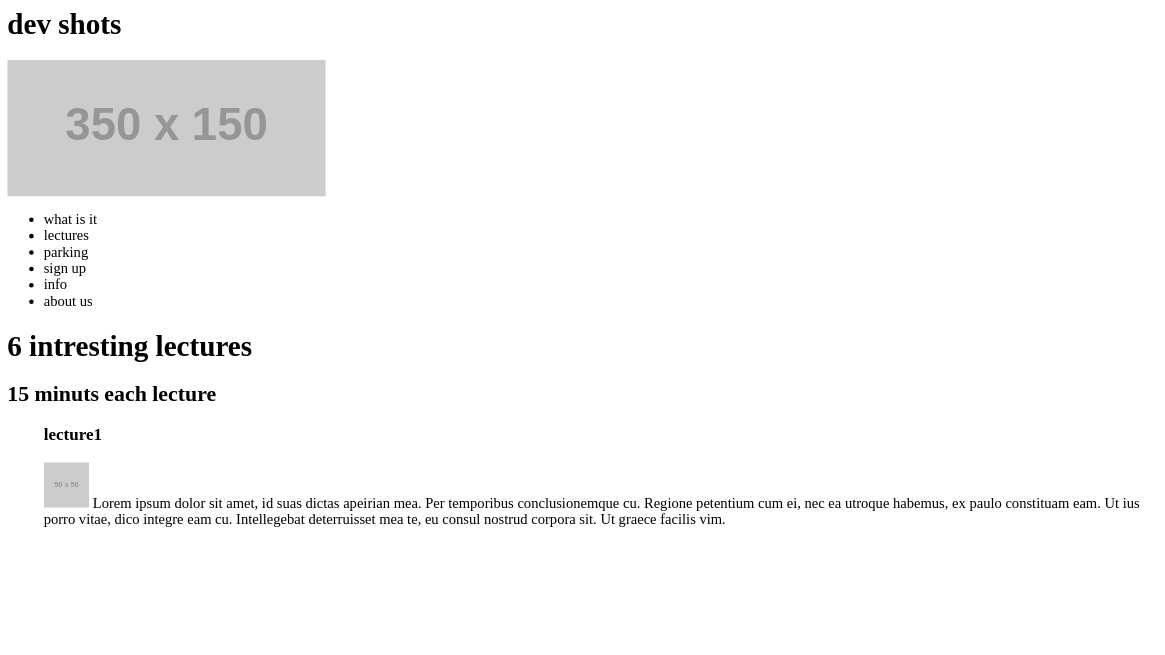
Repository: innaplx/exercises-devshots-html4-part1
Page: index.html
The author's editor kept a copy of each file at every save. The page is drawn from the files as they stood at one save, then again after the next save.
The browser window is 1280 px wide. The pictures show the whole page, at 91% of full size.

Above is the page before, as saved 2018-08-17 19:53:30.

After the next save:
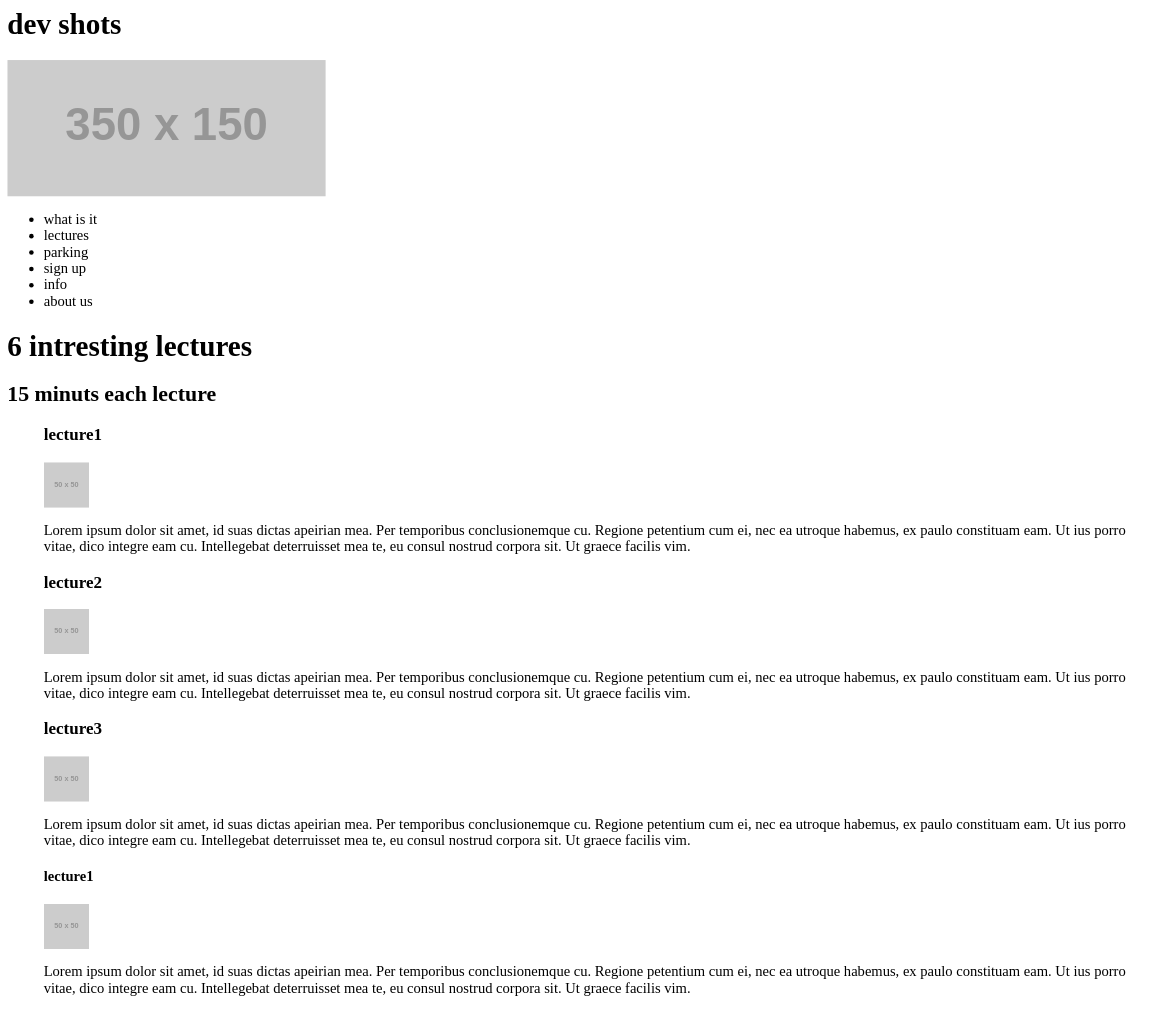
Saved 3 min 3 s later.
--- a/index.html
+++ b/index.html
@@ -23,9 +23,24 @@
                 <il>
                 <h3>lecture1</h2>
                 <a href="https://placeholder.com"><img src="https://via.placeholder.com/50x50"></a>
-                <text>Lorem ipsum dolor sit amet, id suas dictas apeirian mea. Per temporibus conclusionemque cu. Regione petentium cum ei, nec ea utroque habemus, ex paulo constituam eam. Ut ius porro vitae, dico integre eam cu. Intellegebat deterruisset mea te, eu consul nostrud corpora sit. Ut graece facilis vim.</text>
-              </il>
+                <p>Lorem ipsum dolor sit amet, id suas dictas apeirian mea. Per temporibus conclusionemque cu. Regione petentium cum ei, nec ea utroque habemus, ex paulo constituam eam. Ut ius porro vitae, dico integre eam cu. Intellegebat deterruisset mea te, eu consul nostrud corpora sit. Ut graece facilis vim.</p>
+                </il>
 
+                <il>
+                        <h3>lecture2</h2>
+                        <a href="https://placeholder.com"><img src="https://via.placeholder.com/50x50"></a>
+                        <p>Lorem ipsum dolor sit amet, id suas dictas apeirian mea. Per temporibus conclusionemque cu. Regione petentium cum ei, nec ea utroque habemus, ex paulo constituam eam. Ut ius porro vitae, dico integre eam cu. Intellegebat deterruisset mea te, eu consul nostrud corpora sit. Ut graece facilis vim.</p>
+                        </il>
+                        <il>
+                                <h3>lecture3</h2>
+                                <a href="https://placeholder.com"><img src="https://via.placeholder.com/50x50"></a>
+                                <p>Lorem ipsum dolor sit amet, id suas dictas apeirian mea. Per temporibus conclusionemque cu. Regione petentium cum ei, nec ea utroque habemus, ex paulo constituam eam. Ut ius porro vitae, dico integre eam cu. Intellegebat deterruisset mea te, eu consul nostrud corpora sit. Ut graece facilis vim.</p>
+                                </il>
+                                <il>
+                                        <h4>lecture1</h2>
+                                        <a href="https://placeholder.com"><img src="https://via.placeholder.com/50x50"></a>
+                                        <p>Lorem ipsum dolor sit amet, id suas dictas apeirian mea. Per temporibus conclusionemque cu. Regione petentium cum ei, nec ea utroque habemus, ex paulo constituam eam. Ut ius porro vitae, dico integre eam cu. Intellegebat deterruisset mea te, eu consul nostrud corpora sit. Ut graece facilis vim.</p>
+                                        </il>
             </ul>
 
 
